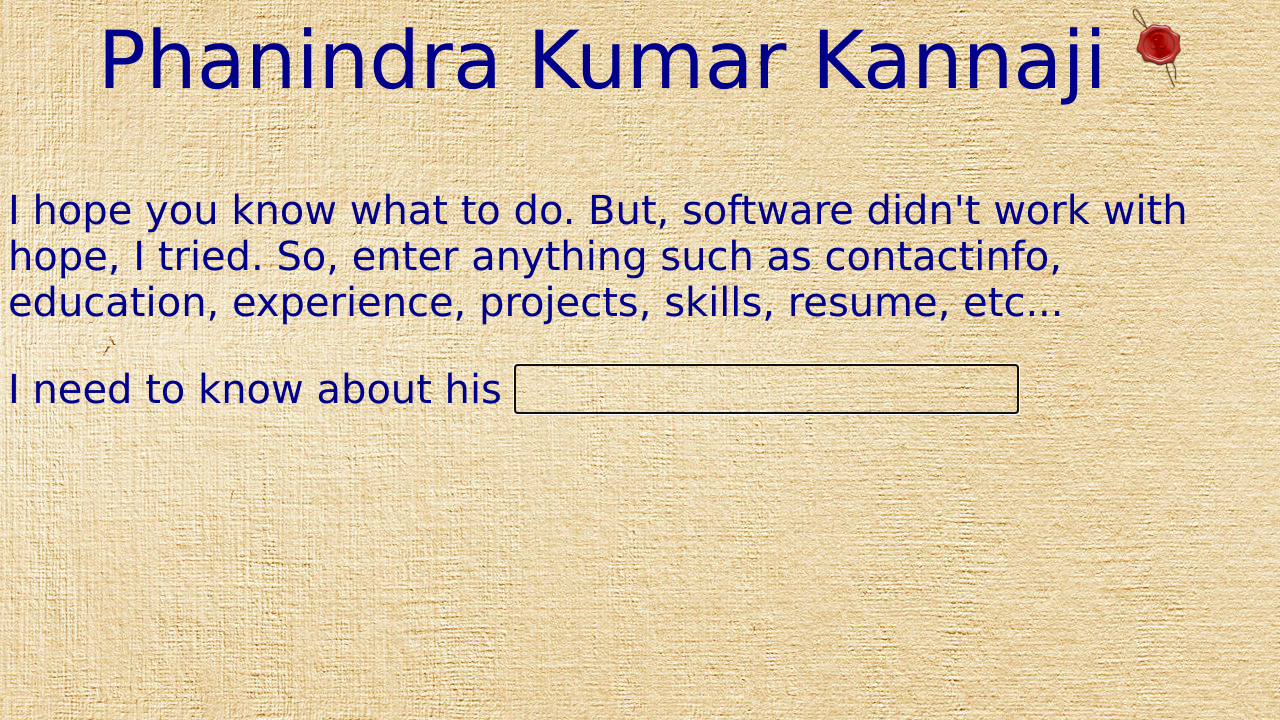
Repository: phanindrakannaji/Resume
Page: http://localhost/application/resume.php
An editor plug-in stored every save of this project. The page is shown before and after the next save, followed by the edit.
The browser window is 1280 px wide. The pictures show the whole page.
Some web fonts or font styles are not loaded; a fallback is used. The page is run by PHP 8.4 with error messages shown; the project is at /var/www/html/.

Above is the page before, as saved 2016-09-25 19:22:33.

### Resume/application/resume.php
<!DOCTYPE HTML PUBLIC "-//W3C//DTD HTML 4.01 Frameset//EN">
<html>
<head>
<meta http-equiv="Content-Type" content="text/html; charset=UTF-8">
<title>Phanindra Kumar Kannaji</title>
<link rel="stylesheet" type="text/css"
	href="../resources/styles/main.css" />
<link rel="stylesheet" type="text/css"
	href="../resources/styles/modal.css" />
<script
	src="https://ajax.googleapis.com/ajax/libs/jquery/1.12.4/jquery.min.js"></script>
<script src="../resources/scripts/main.js" type="text/javascript"></script>
</head>
<body background="../resources/images/paper.jpg">
	<div>
		<p class='heading customfont3'>
			Phanindra Kumar Kannaji
			<a href="https://swe.umbc.edu/~pkanna1/Resume/resources/files/resume.pdf"
				target="blank">
				<img height="80" width="50"
				src="../resources/images/seal.png" />
			</a>
		</p>
		<p class='normaltext customfont'>I hope you know what to do. But,
			software didn't work with hope, I tried. So, enter anything such as
			contactinfo, education, experience, projects, skills, resume, etc...</p>
	</div>
	<div id="active">
		<div class="appendDiv">
			<label class='askcommand customfont' for='commandinput'> I need to
				know about his </label> <input id='commandInput' type='text'
				autocomplete='off' maxLength='10' class='askcommand customfont' />
		</div>
	</div>
</body>
</html>

### Resume/resources/styles/main.css
@CHARSET "UTF-8";
@font-face {
    font-family: "My Custom Font";
    src: url('https://swe.umbc.edu/~pkanna1/Resume/resources/fonts/QuidProQuo.ttf') format("truetype");
}
@font-face {
    font-family: "My Custom Font2";
    src: url('https://swe.umbc.edu/~pkanna1/Resume/resources/fonts/Cavorting.otf') format("truetype");
}
@font-face {
    font-family: "My Custom Font3";
    src: url('https://swe.umbc.edu/~pkanna1/Resume/resources/fonts/BLKCHCRY.TTF') format("truetype");
}
.customfont {
    font-family: "My Custom Font", Verdana, Tahoma;
}
.customfont2 {
    font-family: "My Custom Font2", Verdana, Tahoma;
}
.customfont3 {
    font-family: "My Custom Font3", Verdana, Tahoma;
}
a {
    text-decoration: none !important;
}
a, a:visited, a:active {
  color: inherit;
}
a:hover{
	color: blue;
}
.heading{
	color: darkblue;
	text-align: center;
	font-size: 80px;
	text-decoration: -moz-anchor-decoration;
	margin-top: 0px;
}
.askcommand{
	color: darkblue;
	text-align: left;
	font-size: 40px;
	background-color: rgba(0, 0, 0, 0);
    border: medium none;
    margin-top: 0px;
}
.normaltext{
	color: darkblue;
	text-align: left;
	font-size: 40px;
	margin-top: 0px;
}
.smalltext{
	color: darkblue;
	text-align: left;
	font-size: 27px;
	margin-top: 0px;
}
.results{
	color: darkblue;
	text-align: center;
	font-size: 40px;
	margin-top: 0px;
}
#commandInput{
	text-decoration: -moz-anchor-decoration;
	margin-top: 0px;
}
.tdBorderBottom{
	border-bottom: 2px solid darkblue;
}
.tdMidLine{
	color: darkblue;
	text-align: center;
	font-size: 35px;
	margin-top: 0px;
}
.divExperience{
	color: darkblue;
	text-align: left;
	font-size: 24px;
	margin-top: 0px;
	margin-bottom: 0px;
}
.divExperiencelocation{
	font-style: italic;
	font-weight: 10px;
}
.expHeadingContent{
	margin-top: 0px;
	margin-bottom: 0px;
	paddingfont-size: 28px;
	display: inline;
	float: right;
}
.expHeading{
	display: inline;
}
.underline{
	text-decoration: -moz-anchor-decoration;
}

### Resume/resources/styles/modal.css
 /* The Modal (background) */
.modal {
    display: none; /* Hidden by default */
    position: fixed; /* Stay in place */
    z-index: 1; /* Sit on top */
    left: 0;
    top: 0;
    width: 100%; /* Full width */
    height: 100%; /* Full height */
    overflow: auto; /* Enable scroll if needed */
    background-color: rgb(0,0,0); /* Fallback color */
    background-color: rgba(0,0,0,0.4); /* Black w/ opacity */
}

/* Modal Content/Box */
.modal-content {
    background-color: #fefefe;
    margin: 15% auto; /* 15% from the top and centered */
    padding: 20px;
    border: 1px solid #888;
    width: 80%; /* Could be more or less, depending on screen size */
}

/* The Close Button */
.close {
    color: #aaa;
    float: right;
    font-size: 28px;
    font-weight: bold;
}

.close:hover,
.close:focus {
    color: black;
    text-decoration: none;
    cursor: pointer;
}

### Resume/resources/scripts/main.js
$(document).ready(function(){
	$("#commandInput").keypress(function(e){
		keypressInBox(e);
	});
	$("#commandInput").focus();
	$(document).on("click", function() {
		$("#commandInput").focus();
	});
})

function keypressInBox(e) {
	var code = (e.keyCode ? e.keyCode : e.which);
	if (code == 13) { //Enter keycode
		e.preventDefault();
		var command = $('#commandInput').val();
		var url = "pages/";
		command = command.trim().toLowerCase().replace(" ","");
		var page = "blank";
		if (command == "resume" || command == "cv" || command == "resumefile"){
			$.ajax({url: "../resources/files/resume.pdf", success: function(result){
				alert(result);
			}});
		} else{
			if (command == "" || command == null){
				url += "blank.php";
				page="blank";
			} else if (command == "help" || command == "helpme" || command == "info"){
				url += "help.php";
				page = "help";
			} else if (command == "education" || command == "studies" || command == "academics"){
				url += "education.php";
				page = "education";
			} else if (command == "contact" || command == "contactinfo" ||
					command == "contacts" || command == "phonenumber" ||
					command == "email" || command == "phone" ||
					command == "emailaddress" || command == "mobilenumber" ||
					command == "telephone" || command == "mail" ||
					command == "address" || command == "location"){
				url += "contact.php";
				page = "contact";
			} else if (command == "experience" || command == "workexperience" ||
					command == "jobs" || command == "work" ){
				url += "experience.php";
				page = "experience";
			} else if (command == "projects" || command == "project"  ||
					command == "previousprojects"){
				url += "projects.php";
				page = "projects";
			} else if (command == "skills" || command == "skillset" ||
					command == "expertise" || command == "technicalskills"  ){
				url += "skills.php";
				page = "skills";
			} else{
				url += "unknown.php";
				page = "unknown";
			}
			$.ajax({url: url, success: function(result){
				postEnter(result, page);
			}});
		}
	}
};

function postEnter(result, page){
	var refreshScript = "<script type='text/javascript'>$(document).ready(function(){"
	+ "$('#commandInput').keypress(function(e){"
	+ "keypressInBox(e);"
	+ "});"
	+ "})</script>";
	if (page == "contact"){
		$('#commandInput').prop('disabled', true);
		$('#commandInput').removeAttr('id');
		var newDivText = result;
		var commandDivText = "<label class='askcommand customfont' for='commandinput'> I need to"+
		" know about his </label> <input id='commandInput' type='text'"+
		" autocomplete='off' maxLength='10' class='askcommand customfont' />";
		newDiv = document.createElement("div");
		commandDiv = document.createElement("div");
		$(newDiv).addClass("appendDiv")
		.html(newDivText)
		.hide()
		.appendTo($("#active"))
		.fadeIn(2000, function(){
			$(commandDiv).addClass("appendDiv")
			.html(commandDivText+refreshScript)
			.hide()
			.appendTo($("#active"))
			.fadeIn(500);
			$('#commandInput').focus();
		})
	} else if (page == "experience"){
		$('#commandInput').prop('disabled', true);
		$('#commandInput').removeAttr('id');
		var newDivText = result;
		var commandDivText = "<label class='askcommand customfont' for='commandinput'> I need to"+
		" know about his </label> <input id='commandInput' type='text'"+
		" autocomplete='off' maxLength='10' class='askcommand customfont' />";
		newDiv = document.createElement("div");
		commandDiv = document.createElement("div");
		$(newDiv).addClass("appendDiv")
		.html(newDivText)
		.hide()
		.appendTo($("#active"))
		.fadeIn(2000, function(){
			$(commandDiv).addClass("appendDiv")
			.html(commandDivText+refreshScript)
			.hide()
			.appendTo($("#active"))
			.fadeIn(500);
		})
	} else if (page == "blank"){
		$('#commandInput').prop('disabled', true);
		$('#commandInput').removeAttr('id');
		var commandDivText = result+"<label class='askcommand customfont' for='commandinput'> I need to"+
		" know about his </label> <input id='commandInput' type='text'"+
		" autocomplete='off' maxLength='10' class='askcommand customfont' />";
		commandDiv = document.createElement("div");
		$(commandDiv).addClass("appendDiv")
		.html(commandDivText)
		.hide()
		.appendTo($("#active"))
		.fadeIn(500)
		$('#commandInput').focus();
	} else{
		$('#commandInput').prop('disabled', true);
		$('#commandInput').removeAttr('id');
		var newDivText = result;
		var commandDivText = "<label class='askcommand customfont' for='commandinput'> I need to"+
		" know about his </label> <input id='commandInput' type='text'"+
		" autocomplete='off' maxLength='10' class='askcommand customfont' />";
		newDiv = document.createElement("div");
		commandDiv = document.createElement("div");
		$(newDiv).addClass("appendDiv")
		.html(newDivText)
		.hide()
		.appendTo($("#active"))
		.fadeIn(2000, function(){
			$(commandDiv).addClass("appendDiv")
			.html(commandDivText+refreshScript)
			.hide()
			.appendTo($("#active"))
			.fadeIn(500);
			$('#commandInput').focus();
		})
	}
	$('html, body').scrollTop( $(document).height() );
	$('#commandInput').focus();
}

After the next save:
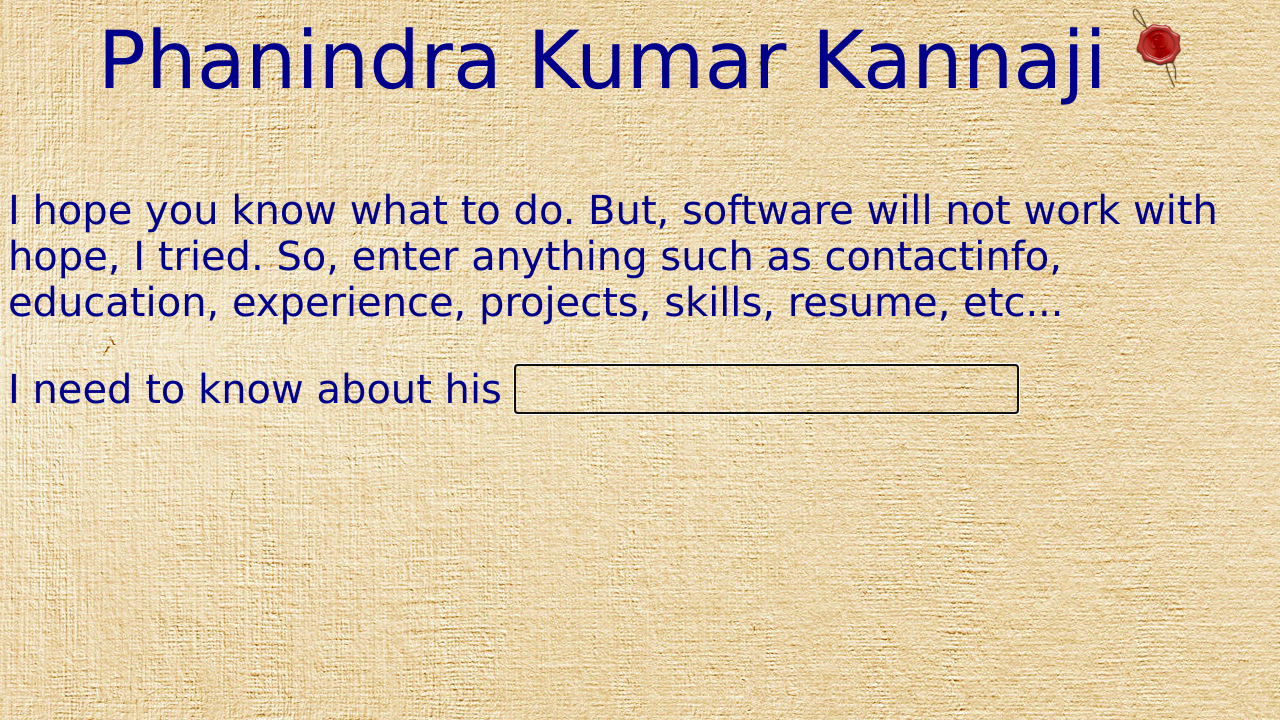
Saved 39 s later.
--- a/Resume/application/resume.php
+++ b/Resume/application/resume.php
@@ -22,7 +22,7 @@
 			</a>
 		</p>
 		<p class='normaltext customfont'>I hope you know what to do. But,
-			software didn't work with hope, I tried. So, enter anything such as
+			software will not work with hope, I tried. So, enter anything such as
 			contactinfo, education, experience, projects, skills, resume, etc...</p>
 	</div>
 	<div id="active">
